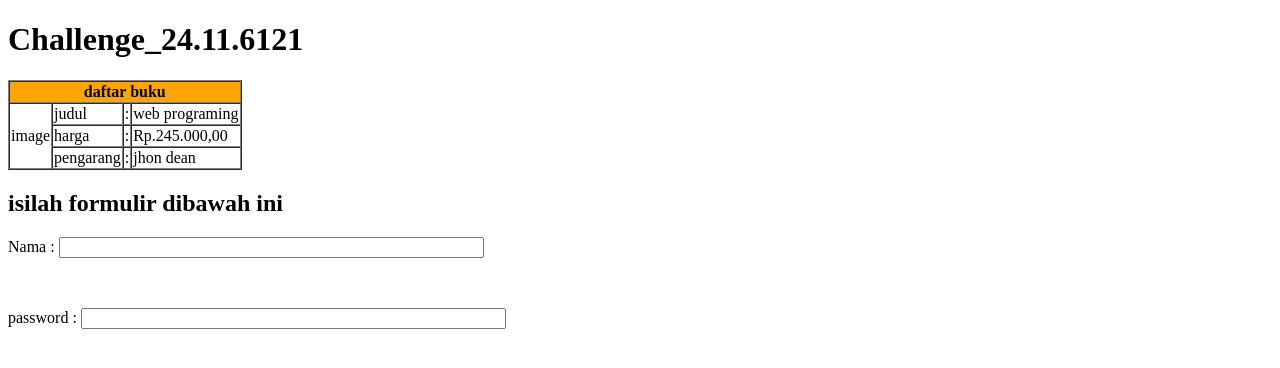
Repository: Tepen-com/challenge_24.11.6121_p4
Page: index.html
The author's editor kept a copy of each file at every save. The page is drawn from the files as they stood at one save, then again after the next save.
The browser window is 1280 px wide. The pictures show the whole page.

Above is the page before, as saved 2026-04-20 11:02:59.

### index.html
<!DOCTYPE html>
<html lang="eng">
    <head>
        <meta charset="UTF-8">
        <meta name="viewport" content="width=device-width , initiave">
        <title>p1
        </title>

    </head>
    <body>
        <h1>Challenge_24.11.6121</h1>
        <table border="1" cellspacing="0">
            <tr>
                <th colspan="4" bgcolor="orange"> daftar buku</th>
            </tr>
            <tr>
                <td rowspan="4"> image
                </td>
                <td>
                    judul
                </td>
                <td>
                    :
                </td>
                <td>
                    web programing
                </td>
            </tr>
            <tr>
                <td>harga</td>
                <td>:</td>
                <td>Rp.245.000,00</td>
            </tr>
            <tr>
                <td>pengarang</td>
                <td>:</td>
                <td>jhon dean</td>
            </tr>
        </table>
        <h2>isilah formulir dibawah ini</h2>
        <p>Nama : <input type="text" value="" size="50"></p> <br>
        <p>password : <input type="text" value="" size="50"></p>
    </body>


</html>

After the next save:
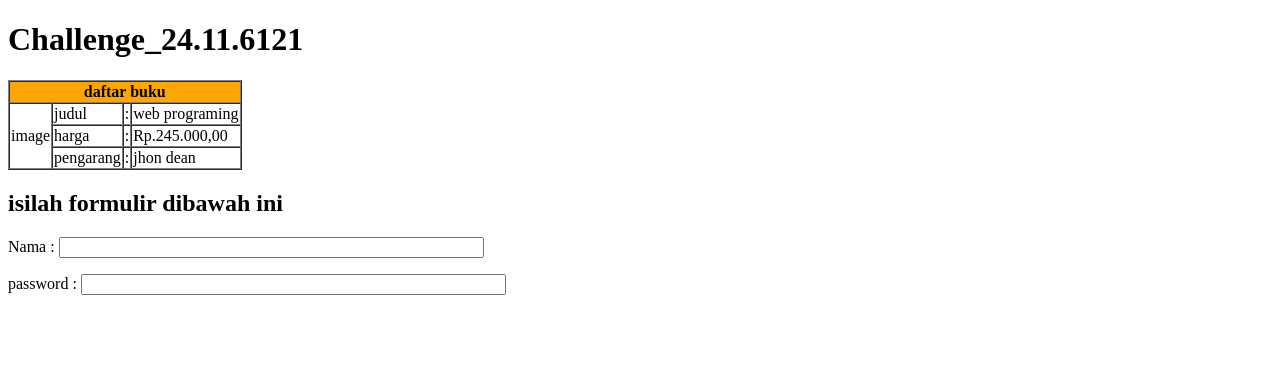
Saved 33 s later.
--- a/index.html
+++ b/index.html
@@ -38,7 +38,7 @@
             </tr>
         </table>
         <h2>isilah formulir dibawah ini</h2>
-        <p>Nama : <input type="text" value="" size="50"></p> <br>
+        <p>Nama : <input type="text" value="" size="50"></p>
         <p>password : <input type="text" value="" size="50"></p>
     </body>
 
